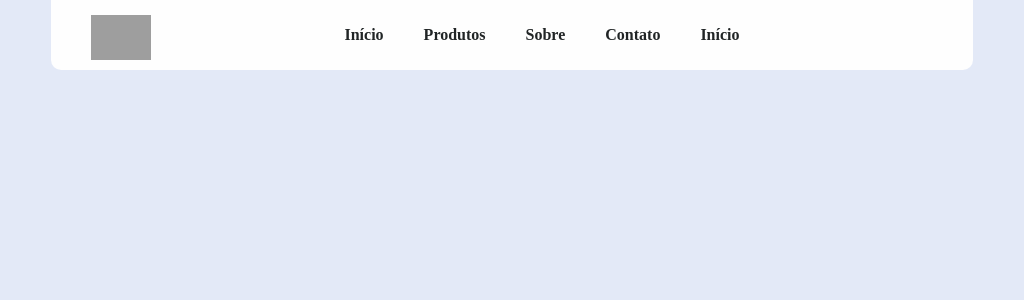
Repository: Matheus904-12/EggManSTORE
Page: index.html
An editor plug-in stored every save of this project. The page is shown before and after a run of saves, followed by the edit.
The browser window is 1024 px wide. The pictures show the whole page.
Pictures or frames that could not be fetched are drawn as grey boxes. Some web fonts or font styles are not loaded; a fallback is used.

Above is the page before, as saved 2023-11-02 14:42:57.

### index.html
<!DOCTYPE html>
<html lang="en">
<head>
    <meta charset="UTF-8">
    <meta http-equiv="X-UA-Compatible" content="IE=edge">
    <meta name="viewport" content="width=device-width, initial-scale=1.0">
    <title>Responsive Navbar using HTML, CSS and Javascript</title>
    <link rel="stylesheet" href="style.css">
</head>
<body>
    <header>
        <div class="logo">
            <img src="eggg.gif" alt="">
        </div>
        <input type="checkbox" id="nav_check" hidden>
        <nav>
            <div class="logo">
                <img src="eggg.gif" alt="">
            </div>
        <ul>
            <li>
                <a href="" class="active">Início</a>
            </li>
            <li>
                <a href="">Produtos</a>
            </li>
            <li>
                <a href="">Sobre</a>
            </li>
            <li>
                <a href="">Contato</a>
            </li>
            <li>
                <a href="">Início</a>
            </li>
        </ul>
    </nav>
    <label for="nav_check" class=".hamburger">
        <div></div>
        <div></div>
        <div></div>
    </label>
    </header>
</body>
</html>

### style.css
@font-face {
    font-family: "Poppins";
    src: url("./poppins.ttf");
}
* {
    padding: 0;
    margin: 0;
    box-sizing:border-box;
    list-style: none;
    text-decoration: none;
    font-family: "Poppins";
}
body {
    background: #E3E9F7;
}
img {
    width: 100%;
}
header {
    width: 80%;
    height: 70px;
    background: #FEFEFE;
    display: flex;
    align-items: center;
    justify-content: space-between;
    padding: 0 40px;
    border-radius: 0 0 10px 10px;
    margin: 0 auto;
}
.logo {
    width: 60px;
    margin-top: 8px;
}
nav .logo {
    display: none;
}
nav ul {
    display: flex;
}
nav ul li a {
    color: #212526;
    display: block;
    margin: 0 2px;
    font-weight: 600;
    padding: 8px 18px;
    transition: 0.2s;
    border-radius: 30px;
}
nav ul li a:hover {
    background: #F6F4FF;
}
nav ul li a:active {
    background: #4a2ec7;
    color: #FFF;
}
.hamburger {
    display: none;
    height: fit-content;
    cursor: pointer;
    padding: 3px 8px;
    border-radius: 5px;
    transition: 0.2s;
}
.hamburger:hover {
    background: #F6F4FF;
}
.hamburger div {
    width: 30px;
    height: 2px;
    margin: 6px 0;
    background: #212526;
}
@media only screen and (max-width: 1100px) {
    header {
        width: 90%;
        padding: ;
    }
}

After the next 2 saves:
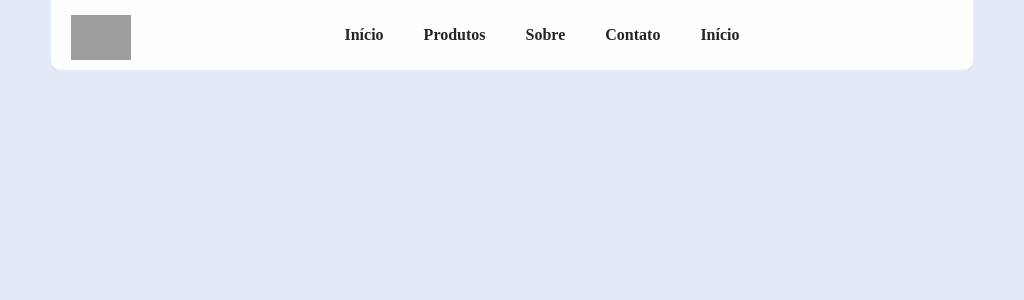
The 2 saves are shown as one change because they came seconds apart.
The last was saved 6 s later.
--- a/style.css
+++ b/style.css
@@ -73,6 +73,6 @@ nav ul li a:active {
 @media only screen and (max-width: 1100px) {
     header {
         width: 90%;
-        padding: ;
+        padding: 0 20px;
     }
 }
